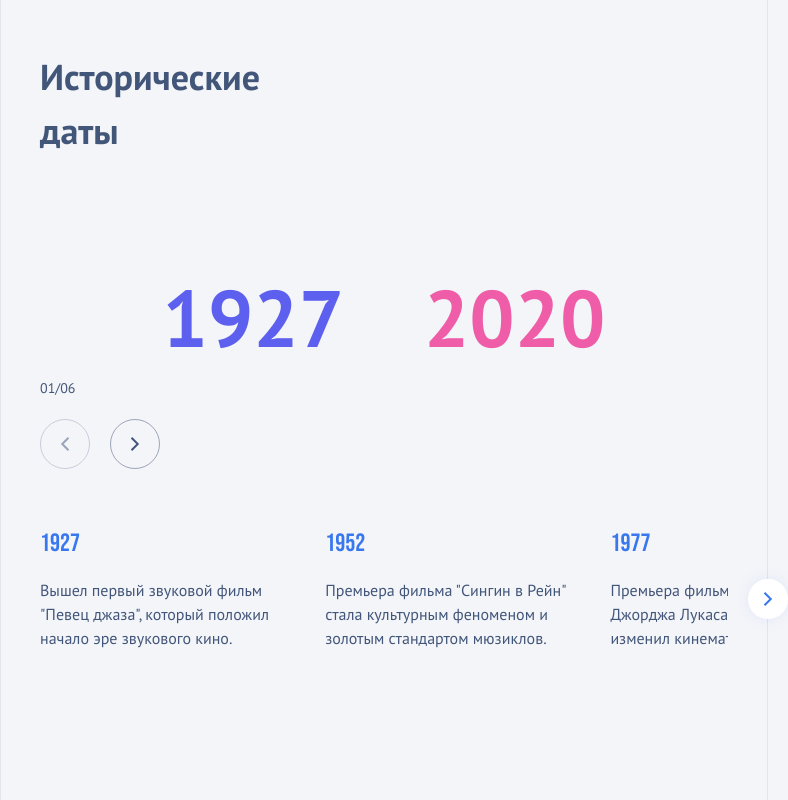
Repository: LenarTulupov/only
Page: /
These files come from the project's save history. The page is drawn as it stood at one moment and after the next save; the edit follows.
The browser window is 768 px wide. The page is 788 px wide, so the pictures cover 788 px, including what lies to the right of the window. The pictures show the whole page.
The project was rebuilt for these pictures with package versions that can differ from the ones it lists, and the page was loaded fresh each time.

Above is the page before, as saved 2024-12-19 02:11:54.

### public/index.html
<!DOCTYPE html>
<html lang="en">
  <head>
    <meta charset="utf-8" />
    <link rel="icon" href="%PUBLIC_URL%/favicon.ico" />
    <meta name="viewport" content="width=device-width, initial-scale=1" />
    <meta name="theme-color" content="#000000" />
    <meta
      name="description"
      content="Web site created using create-react-app"
    />
    <link rel="apple-touch-icon" href="%PUBLIC_URL%/logo192.png" />
    <link rel="manifest" href="%PUBLIC_URL%/manifest.json" />
    <title>Only Test</title>
  </head>
  <body>
    <noscript>You need to enable JavaScript to run this app.</noscript>
    <div id="root"></div>
  </body>
</html>

### src/index.tsx
import React from 'react';
import ReactDOM from 'react-dom/client';
import Router from './router/router';
import './globals.scss'

const root = ReactDOM.createRoot(
  document.getElementById('root') as HTMLElement
);
root.render(
  <React.StrictMode>
    <Router />
  </React.StrictMode>
);

### src/router/router.tsx
import { BrowserRouter, Route, Routes } from "react-router-dom";
import HomePage from "../pages/home/page";
import PagesLayout from "../layouts/pages-layout";

export default function Router() {
  return (
    <BrowserRouter>
      <Routes>
        <Route element={<PagesLayout />}>
          <Route path="/" element={<HomePage />} />
        </Route>
      </Routes>
    </BrowserRouter>
  )
};

### src/globals.scss
@import url('https://fonts.googleapis.com/css2?family=Bebas+Neue&family=PT+Sans:wght@400;700&display=swap');

:root {
  --background-color: #F4F5F9;
  --main-color: #42567a;
  --main-color-rgba: rgba(66, 86, 122, 0.5);
  --accent-color: #5D5FEF;
  --light-accent-color: #3877EE;
  --accent-second: #EF5DA8;
  --font-main: "PT Sans", serif;
  --font-second: "Bebas Neue", serif;
  --line-height: 150%;
  --font-size-main: 56px;
  --font-size-small: 14px;
  --font-size-big: 200px;
}
body {
  margin: 0;
  padding: 0;
  background-color: var(--background-color);
  color: var(--black-color);
  font-family: var(--font-main);
  line-height: var(--line-height);
}
ul {
  padding: 0;
  margin: 0;
}

li {
  list-style-type: none;
}

a {
  color: var(--black-color);
  text-decoration: none;
}

h1 {
  margin: 0;
}

### src/pages/home/page.tsx
import Container from "../../components/ui/container/container";
import Divider from "../../components/ui/divider/divider";
import HistorySection from "./history/history";
import styles from './page.module.scss';

export default function HomePage() {
  return (
    <div className={styles['home-page']}>
      <Container>
        <div className={styles['home-page__wrapper']}>
          <Divider
            position="vertical"
            className={styles.divider_vertical}
          />
          <HistorySection />
        </div>
      </Container>
    </div>
  )
};

### src/layouts/pages-layout.tsx
import { Outlet } from 'react-router-dom';
import styles from './pages-layout.module.scss';

export default function PagesLayout() {
  return (
    <div className={styles['pages-layout']}>
      <Outlet />
    </div>
  )
};

### src/components/ui/container/container.tsx
import { ReactNode } from "react"
import styles from './container.module.scss';

interface IContainer {
  children: ReactNode;
}

export default function Container({ children }: IContainer) {
  return (
    <div className={styles.container}>
      {children}
    </div>
  )
};

### src/components/ui/divider/divider.tsx
import styles from './divider.module.scss';

interface IDivider {
  position?: 'horizontal' | 'vertical';
  className?: string;
}

export default function Divider({
  position = 'horizontal', className }: IDivider) {
  return <div className={`
    ${styles.divider}
    ${styles[`divider_${position}`]}
    ${className || ''}
  `}/>
};

### src/pages/home/history/history.tsx
import { useState } from "react";
import Title from "../../../components/ui/title/title";
import { circleItems } from "../../../constants/circle-items";
import Circle from "./circle/circle";
import styles from './history.module.scss';
import StepNavigation from "./step-navigation/step-navigation";
import ContentContainer from "../../../components/ui/content-container/content-container";
import Divider from "../../../components/ui/divider/divider";
import Dates from "./dates/dates";
import HistorySlider from "./history-slider/history-slider";

export default function HistorySection() {
  const [activeButton, setActiveButton] = useState<number>(1);
  const activeCategory = circleItems.find((item) => item.id === activeButton);
  const firstDate = activeCategory?.events[0]?.year;
  const lastDate = activeCategory?.events.at(-1)?.year;
  return (
    <section className={styles.history}>
      <Title className={styles.history__title} showBefore>
        Исторические даты
      </Title>
      <div className={styles['history__circle-wrapper']}>
        <Circle
          className={styles.history__circle}
          activeButton={activeButton}
          setActiveButton={setActiveButton}
        />
        <Divider
          position="horizontal"
          className={styles['history__line-center']}
        />
        <Dates
          className={styles.history__dates}
          firstDate={firstDate}
          lastDate={lastDate}
        />
      </div>
      <ContentContainer>
        <StepNavigation
          activeButton={activeButton}
          setActiveButton={setActiveButton}
        />
        <HistorySlider
          activeCategory={activeCategory}
        />
      </ContentContainer>
    </section>
  )
};

### src/pages/home/page.module.scss
.home-page {
  &__wrapper {
    position: relative;
    min-height: 100vh;
    .divider_vertical {
      position: absolute;
      top: 0;
      left: 50%;
      transform: translateX(-50%);
      z-index: -10;
    }
  }

  &__wrapper::before {
    content: "";
    position: absolute;
    top: 0;
    bottom: 0;
    left: 0;
    width: 1px;
    background-color: var(--main-color);
    opacity: 0.1;
  }

  &__wrapper::after {
    content: "";
    position: absolute;
    top: 0;
    bottom: 0;
    right: 0;
    width: 1px;
    background-color: var(--main-color);
    opacity: 0.1;
  }
}
@media(max-width: 768px) {
  .divider_vertical {
    display: none;
  }
}

### src/components/ui/container/container.module.scss
.container {
  max-width: 1440px;
  margin: 0 auto;
}

### src/components/ui/divider/divider.module.scss
.divider {
  background-color: var(--main-color);
  opacity: 0.1;
  &_horizontal {
    width: 100%;
    height: 1px;
  }
  &_vertical {
    width: 1px;
    height: 100%;
  }
}

### src/components/ui/title/title.tsx
import { ReactNode } from 'react';
import styles from './title.module.scss';

interface ITitle {
  children: ReactNode;
  className?: string;
  color?: 'main' | 'blue' | 'light-blue' | 'pink';
  size?: 'main' | 'small'| 'big';
  showBefore?: boolean;
}

export default function Title({
  children,
  className,
  color = 'main',
  size = 'main',
  showBefore = false }: ITitle) {
  return (
    <h1
      className={`
        ${styles.title}
        ${className || ''}
        ${styles[`title__color-${color}`]}
        ${styles[`title__size-${size}`]}
        ${showBefore ? styles['title_before'] : ''}
      `}>
      {children}
    </h1>
  )
};

### src/pages/home/history/circle/circle.tsx
import { useEffect, useRef, Dispatch, SetStateAction } from 'react';
import { gsap } from 'gsap';
import { circleItems } from '../../../../constants/circle-items';
import styles from './circle.module.scss';

interface ICircle {
  className?: string;
  activeButton: number;
  setActiveButton: Dispatch<SetStateAction<number>>;
}

export default function Circle({
  className,
  activeButton,
  setActiveButton }: ICircle) {
  const circleRef = useRef<HTMLDivElement>(null);
  const buttonsRef = useRef<HTMLDivElement[]>([]);

  const handleActiveButton = (btnId: number) => {
    setActiveButton(btnId);
  };

  useEffect(() => {
    const rotationAngle = (1 - activeButton) * 60;
    gsap.to(circleRef.current, {
      rotate: rotationAngle,
      duration: 0.5,
      ease: 'power2.out',
    });

    buttonsRef.current.forEach((btn) => {
      let buttonRotation = 0;

      switch (activeButton) {
        case 2:
          buttonRotation = 60;
          break;
        case 3:
          buttonRotation = 120;
          break;
        case 4:
          buttonRotation = 180;
          break;
        case 5:
          buttonRotation = 240;
          break;
        case 6:
          buttonRotation = 300;
          break;
        default:
          buttonRotation = 0;
          break;
      }

      gsap.to(btn, {
        rotate: buttonRotation,
        duration: 0.5,
        ease: 'power2.out',
      });
    });
  }, [activeButton]);

  return (
    <div ref={circleRef} className={`${styles.circle} ${className || ''}`}>
      {circleItems.map((item, index) => {
        const btnId = index + 1;
        return (
          <div
            key={btnId}
            ref={(el) => (buttonsRef.current[index] = el!)}
            className={`
                ${styles[`circle__btn-${btnId}`]}
                ${styles.circle__btn}
                ${activeButton === btnId ? styles.active : ''}
              `}
            onClick={() => handleActiveButton(btnId)}
          >
            {btnId}
            <span
              className={`
                  ${styles['sub-title']}
                  ${activeButton === btnId ? styles.active : ''}
                `}
            >
              {item.category}
            </span>
          </div>
        );
      })}
    </div>
  );
}

### src/pages/home/history/history.module.scss
.history {
  padding: 50px 0;
  &__title {
    padding-left: 78px;
    width: 353px;
  }
  &__circle-wrapper {
    position: relative;
  }
  &__circle {
    margin: 0 auto;
  }
  &__line-center {
    position: absolute;
    top: 50%;
    left: 0;
    transform: translateY(-50%);
    z-index: -10;
  }
}
@media (max-width: 1100px) {
  .history__dates {
    font-size: 150px;
    gap: 190px !important;
  }
}
@media (max-width: 992px) {
  .history {
    &__title {
      font-size: 46px;
      padding-left: 40px;
    }
  }
}
@media (max-width: 900px) {
  .history__dates {
    font-size: 120px;
  }
}
@media (max-width: 768px) {
  .history {
    &__title {
      font-size: 36px;
      width: 230px;
    }
    &__circle {
      display: none;
    }
    &__circle-wrapper {
      margin-top: 100px;
    }
    &__dates {
      justify-content: center;
      font-size: 80px;
      position: static !important;
      gap: 80px !important;
      transform: translate(0) !important;
      text-align: center;
    }
    &__line-center {
      display: none;
    }
  }
}

### src/pages/home/history/step-navigation/step-navigation.tsx
import { Dispatch, SetStateAction } from "react";
import NavigationButtons from "./navigation-buttons/navigation-buttons";
import SliderStep from "./slider-step/slider-step";
import styles from './step-navigation.module.scss';

interface IStepNavigation {
  className?: string;
  activeButton: number;
  setActiveButton: Dispatch<SetStateAction<number>>;
}

export default function StepNavigation({
  className,
  activeButton,
  setActiveButton }: IStepNavigation) {

    const handleNext = () => {
      setActiveButton((p) => (p < 6 ? p + 1 : 1));
    };

    const handlePrev = () => {
      setActiveButton((p) => (p > 1 ? p - 1 : 6));
    };

    return (
      <div className={`${styles['step-navigation']} ${className || ''}`}>
        <SliderStep activeButton={activeButton} />
        <NavigationButtons
          handleNext={handleNext}
          handlePrev={handlePrev}
          isBeginning={activeButton === 1}
          isEnd={activeButton === 6}
        />
      </div>
    );
};

### src/components/ui/content-container/content-container.tsx
import { ReactNode } from 'react';
import styles from './content-container.module.scss';

interface IContentContainer {
  children: ReactNode;
  className?: string;
}

export default function ContentContainer({
  children, className }: IContentContainer) {
  return (
    <div className={`${styles['content-container']} ${className || ''}`}>
      {children}
    </div>
  )
};

### src/pages/home/history/dates/dates.tsx
import { useEffect, useState } from 'react';
import Title from '../../../../components/ui/title/title';
import styles from './dates.module.scss';

interface IDates {
  className?: string;
  firstDate: string;
  lastDate: string;
}

export default function Dates({ className, firstDate, lastDate }: IDates) {
  const [currentFirstDate, setCurrentFirstDate] = useState(Number(firstDate));
  const [currentLastDate, setCurrentLastDate] = useState(Number(lastDate));

  useEffect(() => {
    const animateNumber = (
      from: number,
      to: number,
      setNumber: React.Dispatch<React.SetStateAction<number>>
    ) => {
      const stepTime = 20;
      const steps = 50;
      const delta = (to - from) / steps;

      let currentStep = 0;
      const interval = setInterval(() => {
        currentStep += 1;
        const nextValue = from + delta * currentStep;
        setNumber(Math.round(nextValue));

        if (currentStep >= steps) {
          clearInterval(interval);
          setNumber(to);
        }
      }, stepTime);
    };

    animateNumber(Number(currentFirstDate), Number(firstDate), setCurrentFirstDate);
    animateNumber(Number(currentLastDate), Number(lastDate), setCurrentLastDate);
  }, [firstDate, lastDate]);
  return (
    <div className={`${styles.dates} ${className || ''}`}>
      <Title className={className} color='blue' size='big'>{currentFirstDate}</Title>
      <Title className={className} color='pink' size='big'>{currentLastDate}</Title>
    </div>
  )
};

### src/pages/home/history/history-slider/history-slider.tsx
import { useEffect, useRef, useState } from "react";
import { Swiper, SwiperClass, SwiperSlide } from "swiper/react";
import { Navigation } from "swiper/modules";
import { IHistorySlider } from "../../../../types/history-slider.interface";
import SliderContent from "./slider-content/slider-content";
import ArrowButton from "../../../../components/ui/arrow-button/arrow-button";
import "swiper/css";
import "swiper/css/navigation";
import styles from "./history-slider.module.scss";

export default function HistorySlider({ className, activeCategory }: IHistorySlider) {
  const [prevCategory, setPrevCategory] = useState(activeCategory);
  const [isBeginning, setIsBeginning] = useState(true);
  const [isEnd, setIsEnd] = useState(false);
  const containerRef = useRef<HTMLDivElement | null>(null);
  const prevRef = useRef<HTMLDivElement | null>(null);
  const nextRef = useRef<HTMLDivElement | null>(null);
  const swiperRef = useRef<SwiperClass | null>(null);

  useEffect(() => {
    if (prevCategory?.id !== activeCategory?.id) {
      if (containerRef.current) {
        containerRef.current.classList.add(styles["fade-out"]);

        setTimeout(() => {
          if (containerRef.current) {
            containerRef.current.classList.remove(styles["fade-out"]);
            setPrevCategory(activeCategory);
            containerRef.current.classList.add(styles["fade-in"]);

            setTimeout(() => {
              if (containerRef.current) {
                containerRef.current.classList.remove(styles["fade-in"]);
              }
            }, 500);
          }
        }, 500);
      }
    }
  }, [activeCategory, prevCategory]);

  useEffect(() => {
    if (swiperRef.current) {
      const { navigation } = swiperRef.current.params;

      if (navigation && typeof navigation !== 'boolean') {
        navigation.prevEl = prevRef.current;
        navigation.nextEl = nextRef.current;

        swiperRef.current.navigation.destroy();
        swiperRef.current.navigation.init();
        swiperRef.current.navigation.update();
      }

      setIsBeginning(swiperRef.current.isBeginning);
      setIsEnd(swiperRef.current.isEnd);

      swiperRef.current.on("slideChange", () => {
        setIsBeginning(swiperRef.current.isBeginning);
        setIsEnd(swiperRef.current.isEnd);
      });

      return () => {
        swiperRef.current?.off("slideChange");
      };
    }
  }, [activeCategory]);

  useEffect(() => {
    if (swiperRef.current) {
      swiperRef.current.slideTo(0, 0);
    }
  }, [activeCategory]);

  return (
    <div
      ref={containerRef}
      className={`${className || ""} ${styles["history-slider"]}`}
    >
      <Swiper
        spaceBetween={40}
        slidesPerView={1.5}
        modules={[Navigation]}
        onSwiper={(swiper) => {
          swiperRef.current = swiper;
        }}
        breakpoints={{
          1200: {
            spaceBetween: 80,
            slidesPerView: 3.5
          },
          768: {
            slidesPerView: 2.5,
            spaceBetween: 25
          },
        }}
      >
        {activeCategory?.events.map((event) => (
          <SwiperSlide key={event.id}>
            <SliderContent year={event.year} text={event.title} />
          </SwiperSlide>
        ))}
      </Swiper>

      {!isBeginning && (
        <div ref={prevRef} className={styles.prev}>
          <ArrowButton
            onClick={() => swiperRef.current?.slidePrev()}
            slider
            disabled={isBeginning}
          />
        </div>
      )}
      {!isEnd && (
        <div ref={nextRef} className={styles.next}>
          <ArrowButton
            rotation="right"
            onClick={() => swiperRef.current?.slideNext()}
            slider
            disabled={isEnd}
          />
        </div>
      )}
    </div>
  );
}

### src/components/ui/title/title.module.scss
.title {
  line-height: 150%;
  position: relative;
  &::before {
    content: "";
    position: absolute;
    top: 50%;
    transform: translateY(-50%);
    left: 0;
    height: 120px;
    width: 6px;
    background: linear-gradient(to bottom, var(--accent-color) 0%, var(--accent-second) 100%);
    visibility: hidden;
  }
  &.title_before::before {
    visibility: visible;
    @media(max-width: 768px) {
      visibility: hidden;
    }
  }
  &__color-main {
    color: var(--main-color);
  }

  &__color-blue {
    color: var(--accent-color);
  }
  &__color-light-blue {
    color: var(--light-accent-color);
  }

  &__color-pink {
    color: var(--accent-second);
  }

  &__size-main {
    font-size: var(--font-size-main);
  }
  &__size-small {
    font-size: var(--font-size-small);
  }

  &__size-big {
    font-size: var(--font-size-big);
  }
}

### src/pages/home/history/circle/circle.module.scss
.circle {
  position: relative;
  width: 530px;
  height: 530px;
  border: 1px solid rgba(66, 86, 122, 0.1);
  border-radius: 100%;
  display: flex;
  justify-content: center;
  align-items: center;
  transform-origin: center;
}

.circle__btn {
  position: absolute;
  display: flex;
  align-items: center;
  justify-content: center;
  width: 6px;
  height: 6px;
  border: none;
  background-color: var(--main-color);
  border-radius: 100%;
  color: var(--main-color);
  line-height: 30px;
  font-size: 0;
  cursor: pointer;
  transition: width 0.3s ease-in-out, height 0.3s ease-in-out, font-size 0.3s ease-in-out;
}

.circle__btn::before {
  content: "";
  position: absolute;
  top: 50%;
  left: 50%;
  transform: translate(-50%, -50%);
  width: 25px;
  height: 25px;
  border-radius: 100%;
  background: transparent;
}

.sub-title {
  position: absolute;
  top: 50%;
  left: 0;
  transform: translateY(-50%);
  margin-left: 76px;
  font-weight: bold;
  opacity: 0;
  transition: opacity 0.3s ease-in-out;
}

.sub-title.active {
  opacity: 1;
}

.circle__btn:hover,
.circle__btn.active {
  width: 56px;
  height: 56px;
  font-size: 16px;
  background-color: #f4f5f9;
  outline: 1px solid rgba(48, 62, 88, 0.5);
}

.circle__btn-1 {
  transform: rotate(300deg) translateX(265px) rotate(-300deg);
}
.circle__btn-2 {
  transform: rotate(0deg) translateX(265px) rotate(0deg);
}
.circle__btn-3 {
  transform: rotate(60deg) translateX(265px) rotate(-60deg);
}
.circle__btn-4 {
  transform: rotate(120deg) translateX(265px) rotate(-120deg);
}
.circle__btn-5 {
  transform: rotate(180deg) translateX(265px) rotate(-180deg);
}
.circle__btn-6 {
  transform: rotate(240deg) translateX(265px) rotate(-240deg);
}

### src/pages/home/history/step-navigation/navigation-buttons/navigation-buttons.tsx
import ArrowButton from '../../../../../components/ui/arrow-button/arrow-button';
import styles from './navigation-buttons.module.scss';

interface INavigationButtons {
  handleNext: () => void;
  handlePrev: () => void;
  isBeginning: boolean;
  isEnd: boolean;
}

export default function NavigationButtons({
  handleNext,
  handlePrev,
  isBeginning,
  isEnd }: INavigationButtons) {
  return (
    <div className={styles['navigation-buttons']}>
      <ArrowButton
        onClick={handlePrev}
        disabled={isBeginning}
      />
      <ArrowButton
        rotation='right'
        onClick={handleNext}
        disabled={isEnd}
      />
    </div>
  );
};

### src/pages/home/history/step-navigation/slider-step/slider-step.tsx
import Title from "../../../../../components/ui/title/title";
import styles from './slider-step.module.scss';

interface ISliderStep {
  activeButton: number;
}

export default function SliderStep({ activeButton }: ISliderStep) {
  return <Title size="small" className={styles.font}>0{activeButton}/06</Title>
};

### src/pages/home/history/step-navigation/step-navigation.module.scss
.step-navigation {
  display: flex;
  flex-direction: column;
  row-gap: 20px;
}

### src/components/ui/content-container/content-container.module.scss
.content-container {
  max-width: 1440px;
  margin: 0 auto;
  padding: 0 80px;
  @media(max-width: 768px) {
    padding: 0 40px;
  }
}

### src/pages/home/history/dates/dates.module.scss
.dates {
  position: absolute;
  top: 50%;
  left: 50%;
  transform: translate(-50%, -50%);
  display: flex;
  gap: 80px;
  z-index: -1;
}

### src/pages/home/history/history-slider/slider-content/slider-content.tsx
import Text from "../../../../../components/ui/text/text";
import Title from "../../../../../components/ui/title/title";
import styles from './slider-content.module.scss';

interface ISliderContent {
  year: string;
  text: string;
}

export default function SliderContent({ year, text }: ISliderContent) {
  return (
    <div className={styles['slider-content']}>
      <Title
        size="small"
        color="light-blue"
        className={styles['slider-content__title']}
      >
        {year}
      </Title>
      <Text text={text} />
    </div>
  )
};

### src/components/ui/arrow-button/arrow-button.tsx
import styles from './arrow-button.module.scss';

interface IArrowButton {
  rotation?: 'left' | 'right'
  onClick?: () => void;
  slider?: boolean;
  disabled?: boolean;
  className?: string;
}

export default function ArrowButton({
  rotation,
  onClick,
  slider = false,
  disabled = false,
  className}: IArrowButton) {
  return (
    <button
      className={`
        ${styles['arrow-button']}
        ${styles[rotation]}
        ${slider ? styles['arrow-button_slider'] : ''}
        ${className || ''}
        ${disabled ? styles.disabled : ''}
      `}
      onClick={onClick}
      disabled={disabled}
    >
      <svg width="10" height="14" viewBox="0 0 10 14" fill="none" xmlns="http://www.w3.org/2000/svg">
        <path d="M8.49988 0.750001L2.24988 7L8.49988 13.25" stroke="#42567A" stroke-width="2" />
      </svg>
    </button>
  )
};

### src/pages/home/history/history-slider/history-slider.module.scss
.history-slider {
  position: relative;
  margin-top: 56px;
}
.next {
  position: absolute;
  top: 50%;
  transform: translateY(-50%);
  right: -60px;
  z-index: 10;
}
.prev {
  position: absolute;
  top: 50%;
  transform: translateY(-50%);
  left: -60px;
  z-index: 10;
}

.fade-out {
  opacity: 0;
  transition: opacity 0.5s ease;
}
.fade-in {
  opacity: 1;
  transition: opacity 0.5s ease;
}

### src/pages/home/history/step-navigation/navigation-buttons/navigation-buttons.module.scss
.navigation-buttons {
  display: flex;
  column-gap: 20px;
}
.disabled {
  opacity: .5;
  cursor: auto;
}

### src/pages/home/history/step-navigation/slider-step/slider-step.module.scss
.font {
  font-weight: 400;
}

### src/components/ui/text/text.tsx
import styles from './text.module.scss';

interface IText {
  text: string;
}

export default function Text({ text }: IText) {
  return (
    <div className={styles.text}>
        { text }
    </div>
  )
};

### src/pages/home/history/history-slider/slider-content/slider-content.module.scss
.slider-content {
  display: flex;
  flex-direction: column;
  row-gap: 15px;
  cursor: grabbing;
  &__title {
    font-family: var(--font-second);
    font-weight: 400;
    font-size: 25px;
  }
}

### src/components/ui/arrow-button/arrow-button.module.scss
.arrow-button {
  width: 50px;
  height: 50px;
  display: flex;
  align-items: center;
  justify-content: center;
  border: 1px solid var(--main-color-rgba);
  background-color: transparent;
  border-radius: 100%;
  cursor: pointer;
}
.arrow-button_slider {
  width: 40px;
  height: 40px;
  background-color: #fff;
  border: none;
  box-shadow: 0 0 15px 0 rgba(56, 119, 238, 0.1);
  svg path {
    stroke: var(--light-accent-color);
  }
}
.left {
  transform: rotate(0deg);
}
.right {
  transform: rotate(180deg);
}
.disabled {
  opacity: .5;
  cursor: auto;
}

### src/components/ui/text/text.module.scss
.text {
  color: var(--main-color);
}

Loaded but not shown: src/constants/circle-items.ts (122 lines, source omitted); src/layouts/pages-layout.module.scss (no stored copy; drawn as an empty file)

After the next save:
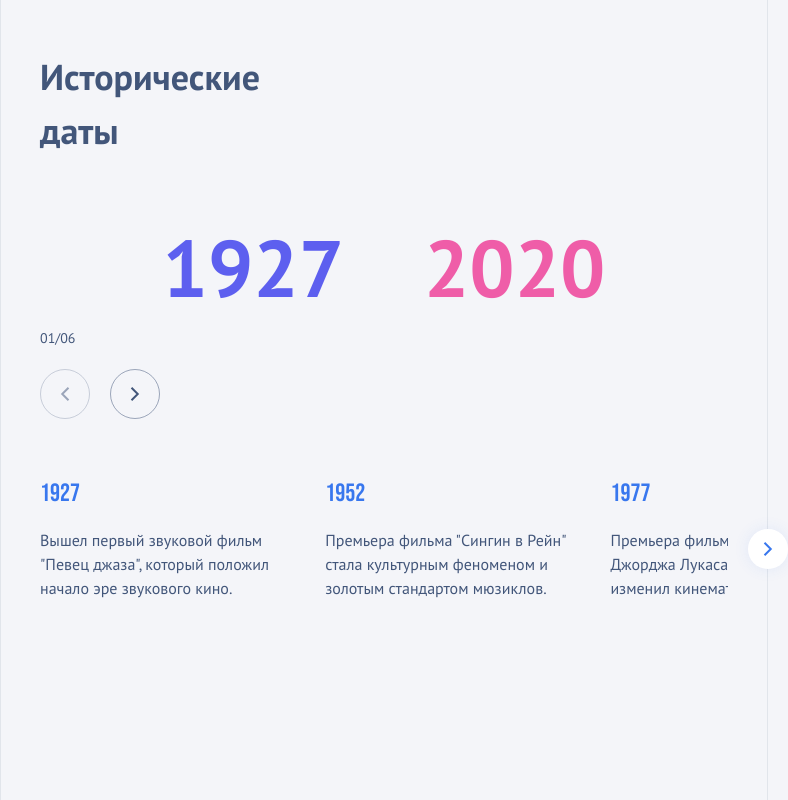
Saved 5 s later.
--- a/src/pages/home/history/history.module.scss
+++ b/src/pages/home/history/history.module.scss
@@ -47,7 +47,7 @@
       display: none;
     }
     &__circle-wrapper {
-      margin-top: 100px;
+      margin-top: 50px;
     }
     &__dates {
       justify-content: center;
